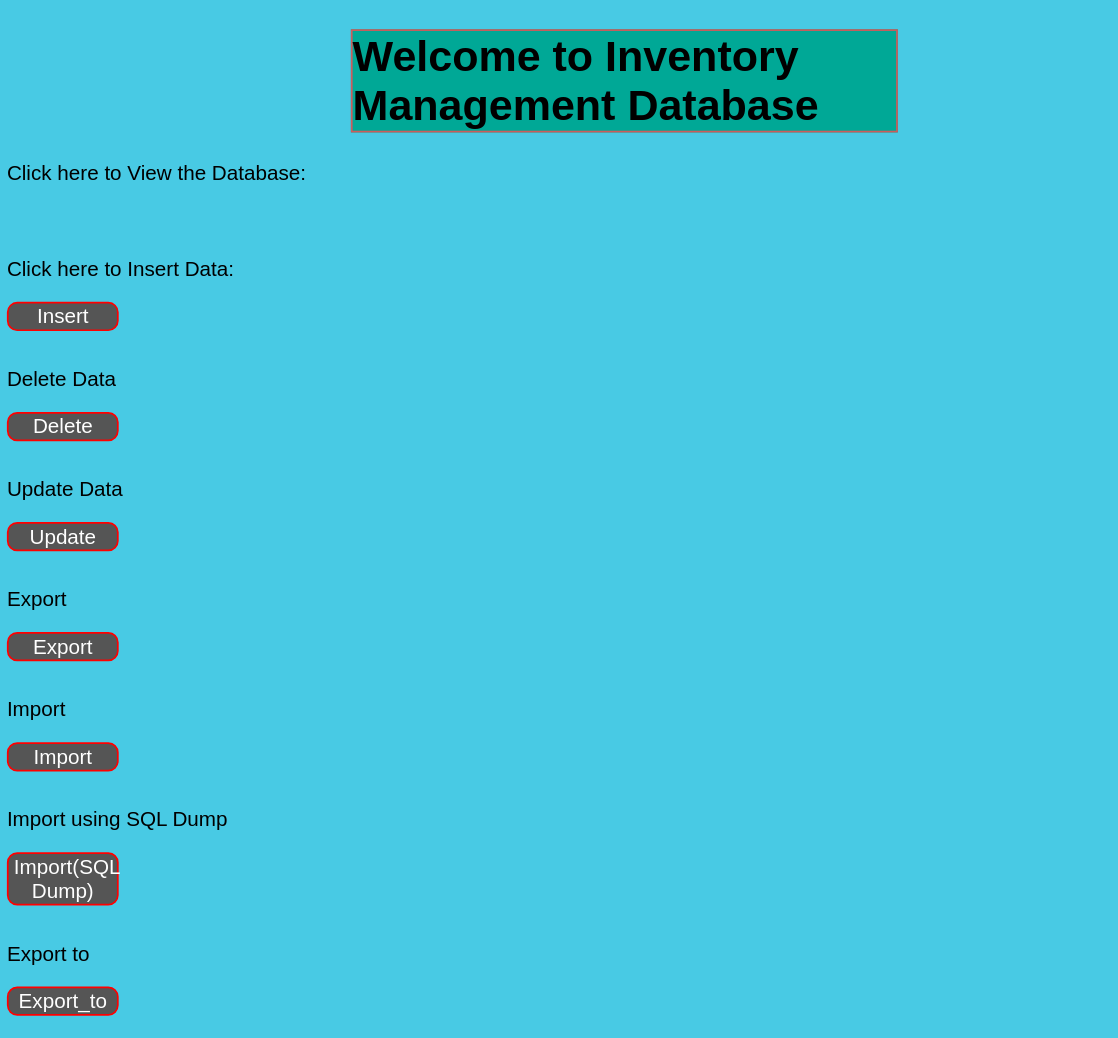
Repository: cyrusdwivedi2002/inventory-management-system
Page: DemoApp/src/main/webapp/Mainpage.html
The author's editor kept a copy of each file at every save. The page is drawn from the files as they stood at one save, then again after the next save.
The browser window is 1280 px wide. The page is 1300 px wide, then 1280 px, so the pictures cover 1300 px, including what lies to the right of the window. The pictures show the whole page, at 86% of full size.
The pointer rests on the first visible `button`.
Some web fonts or font styles are not loaded; a fallback is used.

Above is the page before, as saved 2022-06-24 18:49:20.

After the next save:
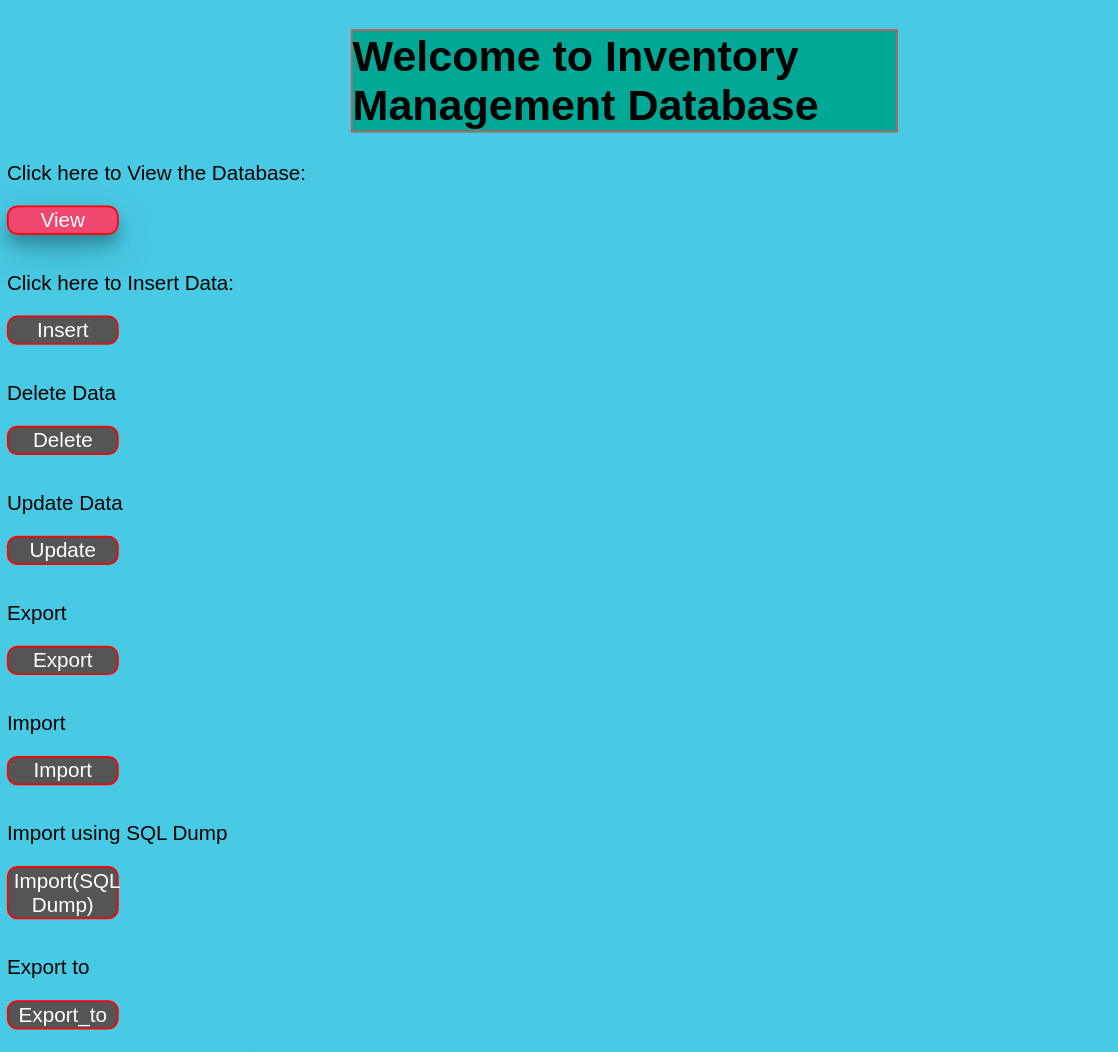
Saved 36 s later.
--- a/DemoApp/src/main/webapp/Mainpage.html
+++ b/DemoApp/src/main/webapp/Mainpage.html
@@ -33,11 +33,6 @@ border:2px solid red;
 }
 button:hover{
 cursor:pointer;
-position: absolute;
-opacity: 0;
-top: 0;
-right: -20px;
-transition: 0.5s;
 background-color:#ef476f;
 box-shadow: 0 12px 16px 0 rgba(0,0,0,0.24), 0 17px 50px 0 rgba(0,0,0,0.19);
 transition: all 0.4s;
